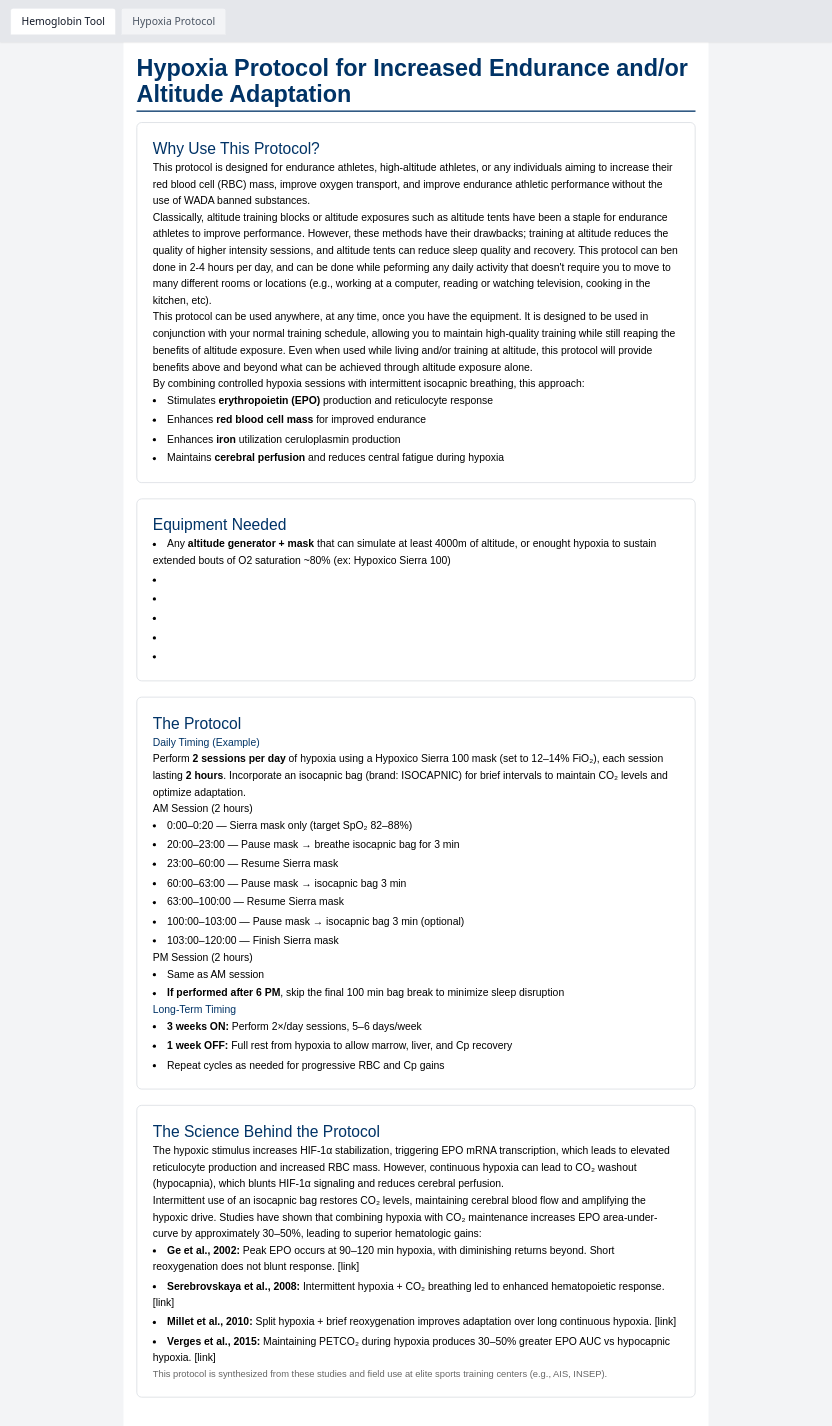
Repository: austenhughes1/hemoglobin_rbc_metrics
Page: hypoxia_protocol.html
The author's editor kept a copy of each file at every save. The page is drawn from the files as they stood at one save, then again after the next save.
The browser window is 1280 px wide. The pictures show the whole page, at 65% of full size.
Some web libraries are served in a nearby version.

Above is the page before, as saved 2025-06-25 13:33:00.

After the next save:
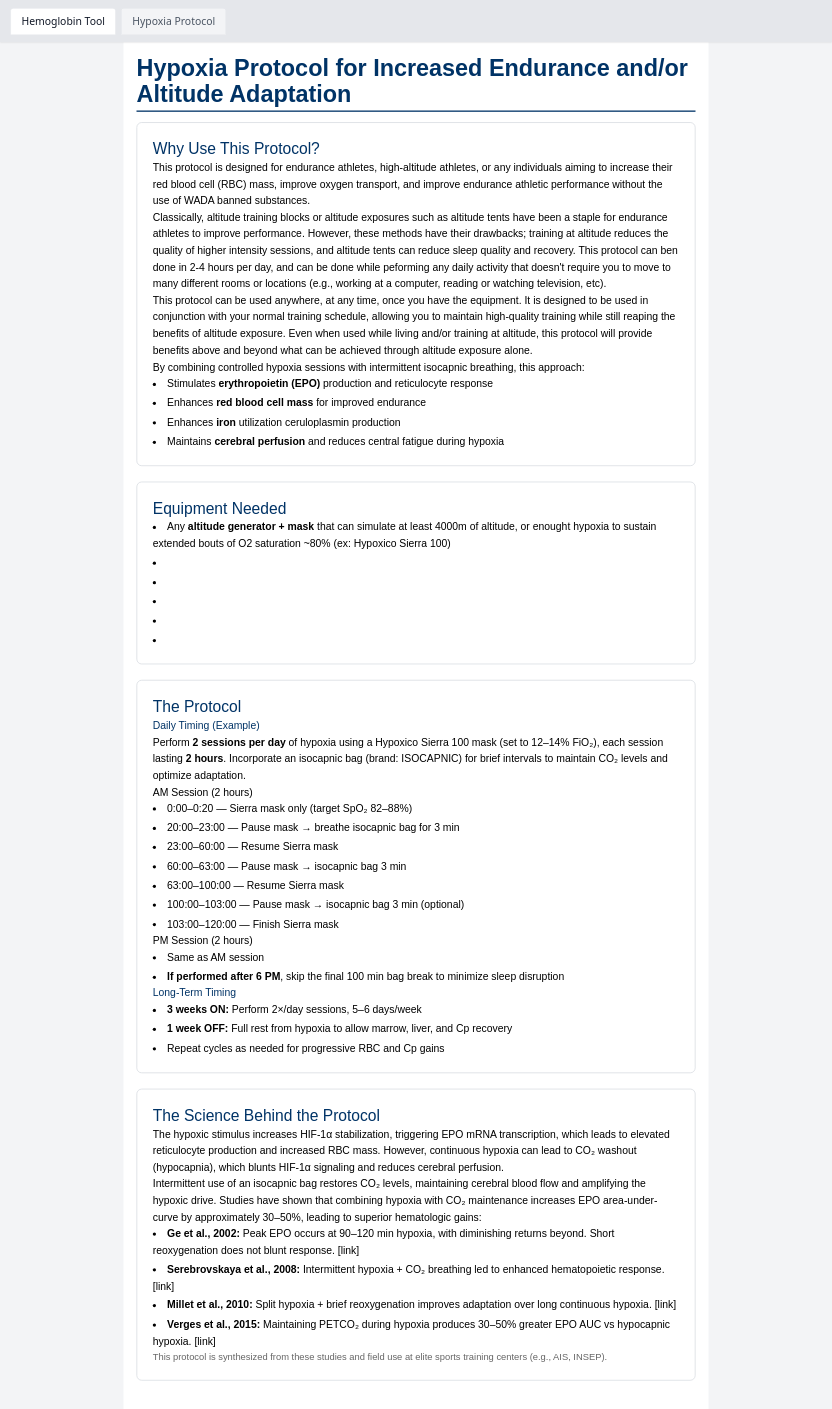
Saved 19 s later.
--- a/hypoxia_protocol.html
+++ b/hypoxia_protocol.html
@@ -50,7 +50,7 @@
         This protocol is designed for endurance athletes, high-altitude athletes, or any individuals aiming to increase their red blood cell (RBC) mass, improve oxygen transport, and improve endurance athletic performance without the use of WADA banned substances.
         </p>
         <p>
-        Classically, altitude training blocks or altitude exposures such as altitude tents have been a staple for endurance athletes to improve performance. However, these methods have their drawbacks; training at altitude reduces the quality of higher intensity sessions, and altitude tents can reduce sleep quality and recovery. This protocol can ben done in 2-4 hours per day, and can be done while peforming any daily activity that doesn't require you to move to many different rooms or locations (e.g., working at a computer, reading or watching television, cooking in the kitchen, etc).
+        Classically, altitude training blocks or altitude exposures such as altitude tents have been a staple for endurance athletes to improve performance. However, these methods have their drawbacks; training at altitude reduces the quality of higher intensity sessions, and altitude tents can reduce sleep quality and recovery. This protocol can ben done in 2-4 hours per day, and can be done while peforming any daily activity that doesn't require you to move to many different rooms or locations (e.g., working at a computer, reading or watching television, etc).
         </p>
         <p>
         This protocol can be used anywhere, at any time, once you have the equipment. It is designed to be used in conjunction with your normal training schedule, allowing you to maintain high-quality training while still reaping the benefits of altitude exposure. Even when used while living and/or training at altitude, this protocol will provide benefits above and beyond what can be achieved through altitude exposure alone.
